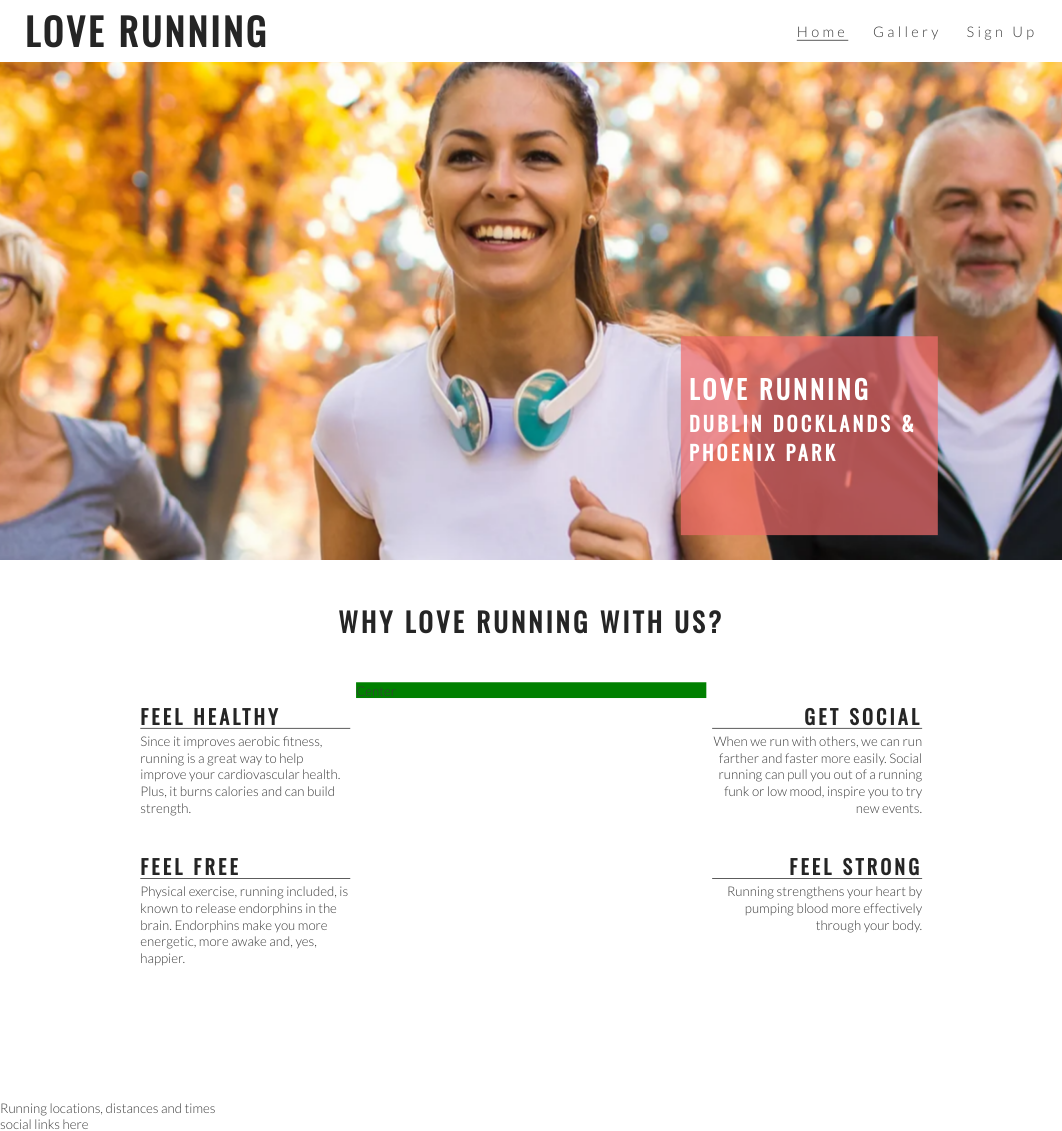
Repository: dcsndevs/love-running
Page: index.html
An editor plug-in stored every save of this project. The page is shown before and after the next save, followed by the edit.
The browser window is 1280 px wide. The pictures show the whole page, at 83% of full size.

Above is the page before, as saved 2023-06-21 09:56:06.

### index.html
<!DOCTYPE html>
<html lang="en">

<head>
    <meta charset="UTF-8">
    <meta name="viewport" content="width=device-width, initial-scale=1.0">
    <meta name="description" content="Love Running club for runners in Dublin, Ireland">
    <meta name="keywords" content="love running, running club, ireland, dublin">

    <link rel="stylesheet" href="assets/css/style.css">
    <title>Love Running</title>
</head>

<body>
    <header>
        <a href="index.html">
            <h1 id="logo">Love Running</h1>
        </a>
        <nav>
            <ul id="menu">
                <li>
                    <a href="#">Sign Up</a>
                </li>
                <li>
                    <a href="#">Gallery</a>
                </li>
                <li>
                    <a href="index.html" class="active">Home</a>
                </li>
            </ul>
        </nav>
    </header>
    <section id="hero-outer">
        <div id="hero-image"></div>
        <div id="cover-text">
            <h2>Love Running</h2>
            <h3>Dublin Docklands & Phoenix Park</h3>
        </div>
    </section>
    <section id="club-ethos">
        <h2 id="welcome">Why Love Running With Us?</h2>
        <div id="left-about">
            <div class="left-about-heading">
                <h2>Feel Healthy</h2>
                <hr>
                <p>
                    Since it improves aerobic fitness, running is a great way to help improve your cardiovascular
                    health. Plus, it burns calories and can build strength.
                </p>
            </div>
            <div class="left-about-heading">
                <h2>Feel Free</h2>
                <hr>
                <p>
                    Physical exercise, running included, is known to release endorphins in the brain. Endorphins make
                    you more energetic, more awake and, yes, happier.
                </p>
            </div>
        </div>
        <div id="right-about">
            <div class="right-about-heading">
                <h2>Get Social</h2>
                <hr>
                <p>
                    When we run with others, we can run farther and faster more easily. Social running can pull you out
                    of a running funk or low mood, inspire you to try new events.
                </p>
            </div>
            <div class="right-about-heading">
                <h2>Feel Strong</h2>
                <hr>
                <p>
                    Running strengthens your heart by pumping blood more effectively through your body.
                </p>
            </div>
        </div>
        <div id="center-about">Center</div>
    </section>
    <section>
        Running locations, distances and times
    </section>
    <footer>
        social links here
    </footer>
</body>

</html>

### assets/css/style.css
@import url('https://fonts.googleapis.com/css2?family=Lato:wght@300&family=Oswald&display=swap');

* {
    margin: 0;
    padding: 0;
    border: none;
}

body {
    font-family: Lato, sans-serif;
    font-weight: 300;
    color: #3a3a3a;
}

/* headings and logo */

h1,
h2 {
    font-family: Oswald, sans-serif;
    text-transform: uppercase;
    letter-spacing: 4px;
    color: #252525;
}

#logo {
    float: left;
    font-size: 280%;
    margin-left: 30px;
}

/* navigation links */

#menu {
    font-size: 110%;
    letter-spacing: 4px;
}

#menu,
#logo {
    line-height: 75px;
}

#menu li {
    float: right;
    list-style-type: none;
    margin-right: 30px;
}

#menu a {
    text-decoration: none;
    color: inherit;
}

#menu a:hover {
    border-bottom: 1px solid #3a3a3a;
}

.active {
    border-bottom: 1px solid #3a3a3a;
}

/* hero image and cover text */

#hero-outer {
    height: 600px;
    width: 100%;
    overflow: hidden;

    position: relative;
}

#cover-text,
#cover-text h2 {
    color: #fff;
}

#hero-image {
    height: 600px;
    width: 100%;
    background: url('../images/hero-image.webp') no-repeat center center;

    /* animates zoom effect on loading page */
    animation-name: hero-zoom;
    animation-duration: 5s;
    animation-fill-mode: forwards;
}

/* creates the level of zoom for hero image */
@keyframes hero-zoom {
    from {
        transform: scale(1);
    }

    to {
        transform: scale(1.1);
    }
}

#cover-text {
    font-size: 130%;
    font-family: Oswald, sans-serif;
    text-transform: uppercase;
    letter-spacing: 4px;

    width: 300px;
    height: 200px;

    padding-top: 40px;
    padding-left: 10px;

    background-color: rgba(241, 109, 107, .7);

    bottom: 30px;
    right: 150px;

    position: absolute;
}

/* club ethos */
#club-ethos {
    height: 600px;
}

#left-about {
    padding-top: 30px;
    width: 33%;
    float: left;
}

#right-about {
    padding-top: 30px;
    width: 33%;
    float: right;
}

#center-about {
    width: 33%;
    margin: 0 auto;
    background-color: green;
}

hr {
    border-top: 1px solid #3a3a3a;
    width: 100%;
    margin: 5px 0;
}

.left-about-heading {
    width: 60%;
    float: right;
    line-height: 20px;
    clear: both;
    margin-bottom: 50px;
}

.right-about-heading {
    width: 60%;
    float: left;
    line-height: 20px;
    clear: both;
    margin-bottom: 50px;
}

.right-about-heading h2 {
    text-align: right;
}

.right-about-heading p {
    text-align: right;
}

#welcome {
    text-align: center;
    margin: 50px;
    font-size: 200%;
}

After the next save:
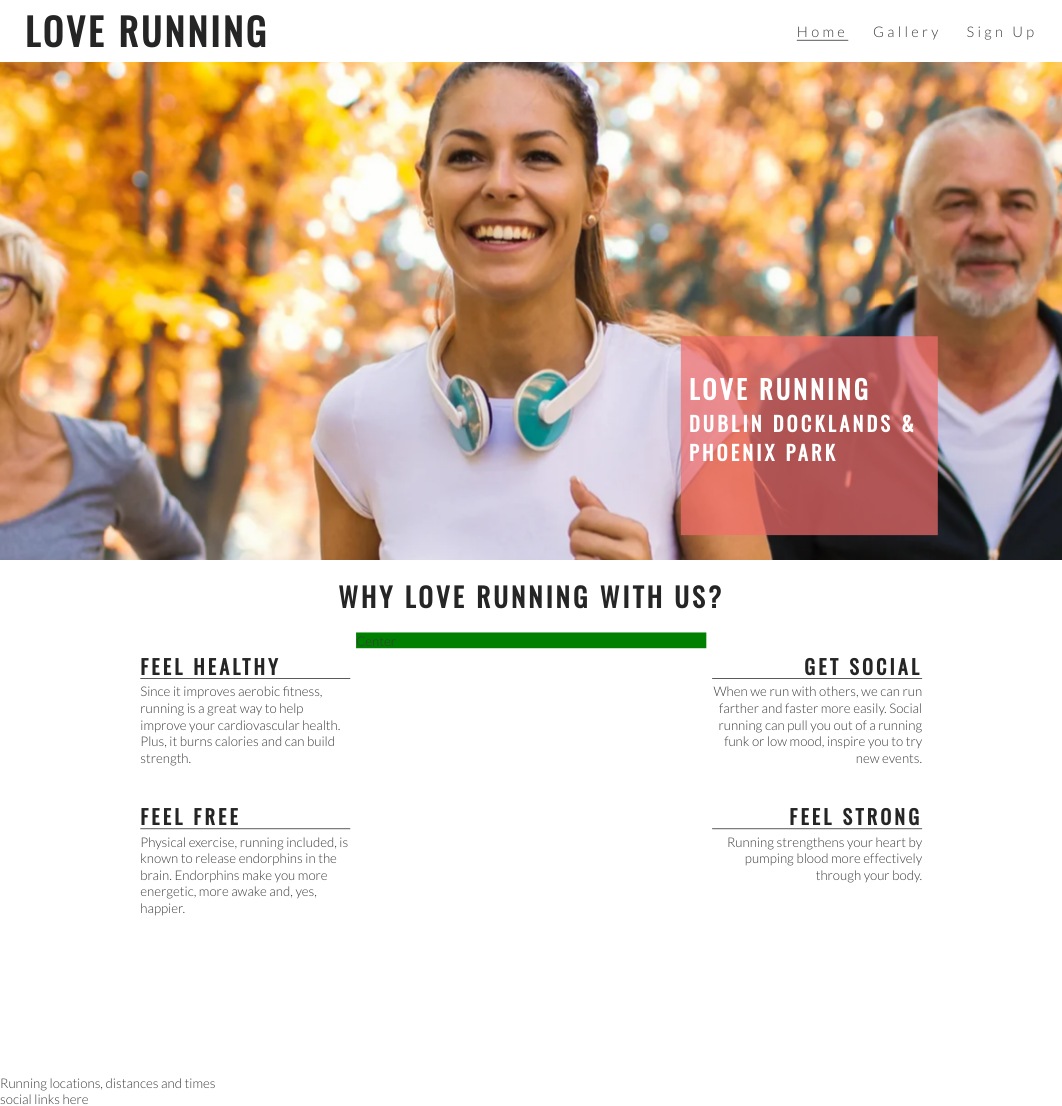
Saved 21 s later.
--- a/assets/css/style.css
+++ b/assets/css/style.css
@@ -171,6 +171,6 @@ hr {
 
 #welcome {
     text-align: center;
-    margin: 50px;
+    margin: 20px;
     font-size: 200%;
 }
